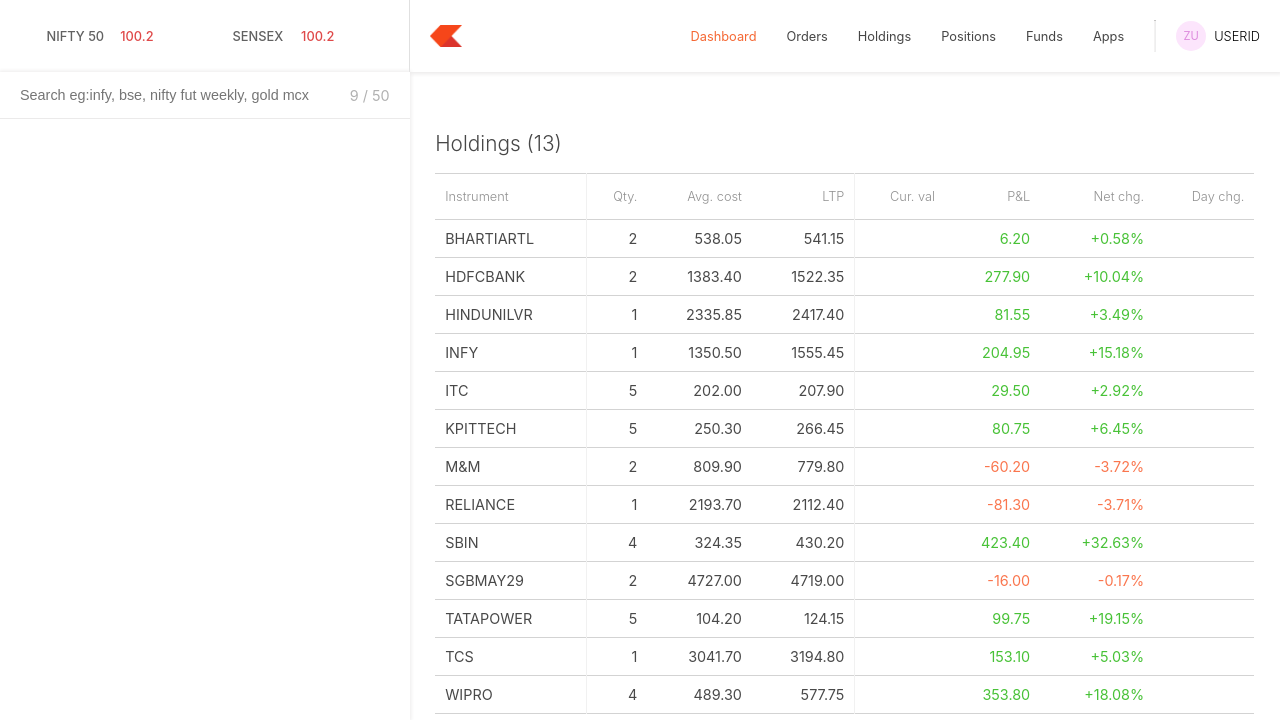
Repository: rushikesh-kolpe21/zerodha_4
Page: /holdings (app in dashboard/)
These files come from the project's save history. The page is drawn as it stood at one moment and after the next save; the edit follows.
The browser window is 1280 px wide. The pictures show the whole page.
An inner scrolling area shows only its first screen. The project was rebuilt for these pictures with package versions that can differ from the ones it lists, and the page was loaded fresh each time. Also part of the build but not shown: dashboard/vite.config.js, dashboard/src/components/Apps.jsx, dashboard/src/components/Funds.jsx, dashboard/src/components/Orders.jsx, dashboard/src/components/Positions.jsx, dashboard/src/components/Summary.jsx.

Above is the page before, as saved 2025-03-25 07:41:22.

After the next save:
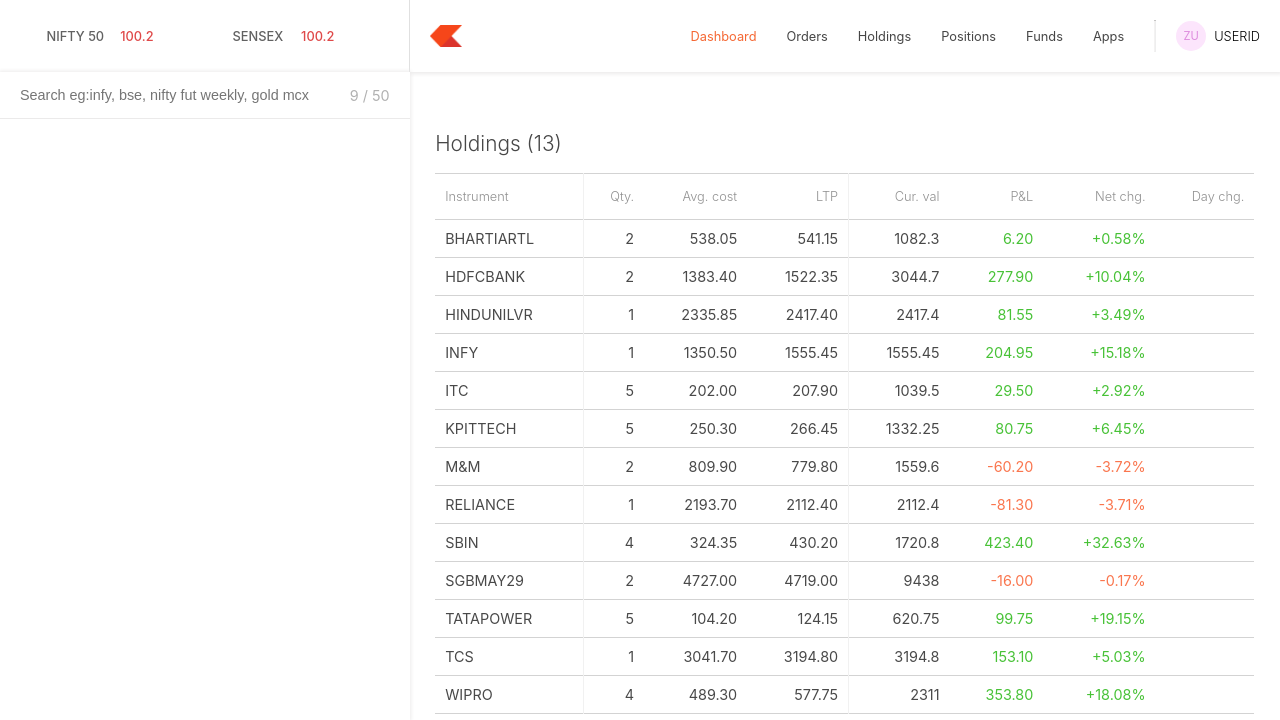
Saved 39 s later.
--- a/dashboard/src/components/Holdings.jsx
+++ b/dashboard/src/components/Holdings.jsx
@@ -31,7 +31,7 @@
                 <td>{stock.qty}</td>
                 <td>{stock.avg.toFixed(2)}</td>
                 <td>{stock.price.toFixed(2)}</td>
-                <td>{stock.currValue}</td>
+                <td>{currValue}</td>
                 <td className={profClass}>
                   {(currValue - stock.avg * stock.qty).toFixed(2)}
                 </td>
